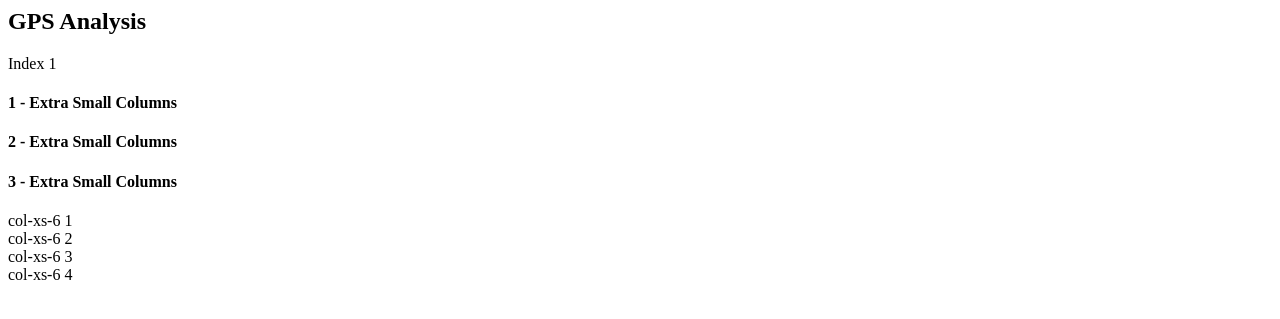
Repository: hanjangchen/Raspberry
Page: prjGAEGPSAnalysis/prjGPSAnalysis/src/static/my_ng_templates/desktop/index_1.html
An editor plug-in stored every save of this project. The page is shown before and after the next save, followed by the edit.
The browser window is 1280 px wide. The pictures show the whole page.

Above is the page before, as saved 2014-10-17 20:25:28.

After the next save:
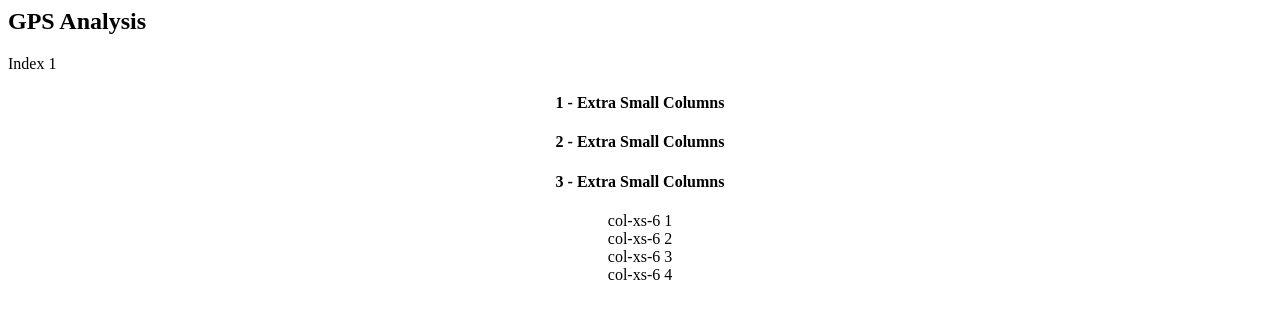
Saved 64 s later.
--- a/prjGAEGPSAnalysis/prjGPSAnalysis/src/static/my_ng_templates/desktop/index_1.html
+++ b/prjGAEGPSAnalysis/prjGPSAnalysis/src/static/my_ng_templates/desktop/index_1.html
@@ -9,7 +9,7 @@
 
 
 	<!--  -->
-	<div class="container-fluid">
+	<div class="container-fluid" style="text-align: center;">
 
 			<div class="row">
 				<div class="col-sm-3">

After the save that followed:
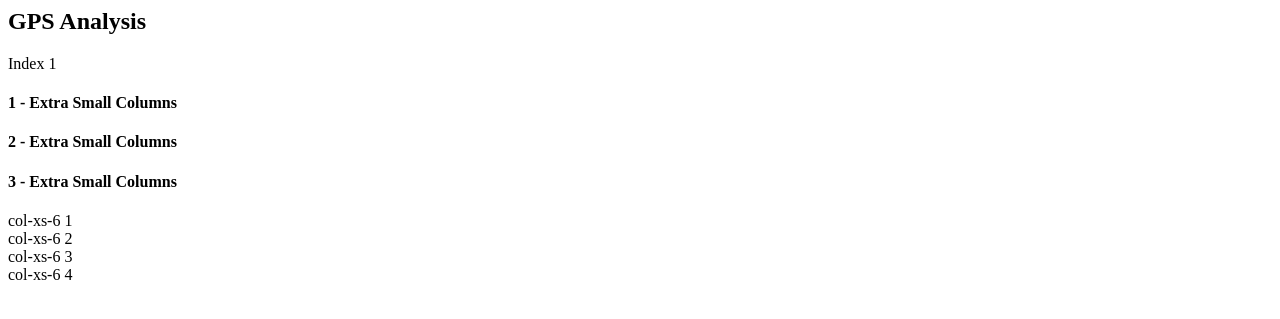
Saved 9 s later.
--- a/prjGAEGPSAnalysis/prjGPSAnalysis/src/static/my_ng_templates/desktop/index_1.html
+++ b/prjGAEGPSAnalysis/prjGPSAnalysis/src/static/my_ng_templates/desktop/index_1.html
@@ -9,7 +9,7 @@
 
 
 	<!--  -->
-	<div class="container-fluid" style="text-align: center;">
+	<div class="container-fluid">
 
 			<div class="row">
 				<div class="col-sm-3">
